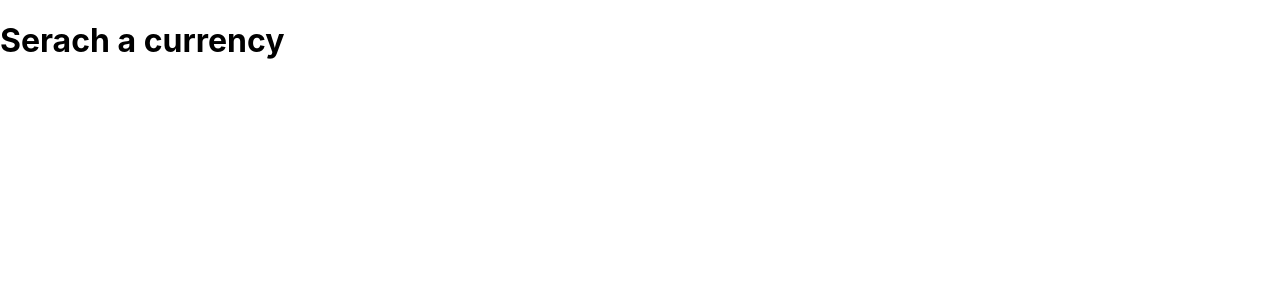
Repository: Malooyyy/crypto-tracker
Page: /
An editor plug-in stored every save of this project. The page is shown before and after the next save, followed by the edit.
The browser window is 1280 px wide. The pictures show the whole page.
The page's requests for data from a server got no answer. The project was rebuilt for these pictures with package versions that can differ from the ones it lists, and the page was loaded fresh each time. No one was signed in, and anything a server would have sent is missing.

Above is the page before, as saved 2022-06-28 22:54:54.

### src/App.js
import React, {useEffect, useState} from 'react';
import axios from 'axios';


function App() {
  const[coins, setCoins] = useState([])

  useEffect(() => {
    axios.get('https://api.coingecko.com/api/v3/coins/markets?vs_currency=usd&order=market_cap_desc&per_page=100&page=1&sparkline=false')
    .then(res => {
      setCoins(res.data);
    }).catch(error => alert('Error Bro! (URL:)'))
  }, []);

  return (
    <div className="coin-app">
      <div className="coin-serach">
        <h1 className="coin-text">Serach a currency</h1>
      </div>
    </div>
  );
}

export default App;

Loaded but not shown: public/index.html (common file); src/index.js (common file); src/index.css (common file)

After the next save:
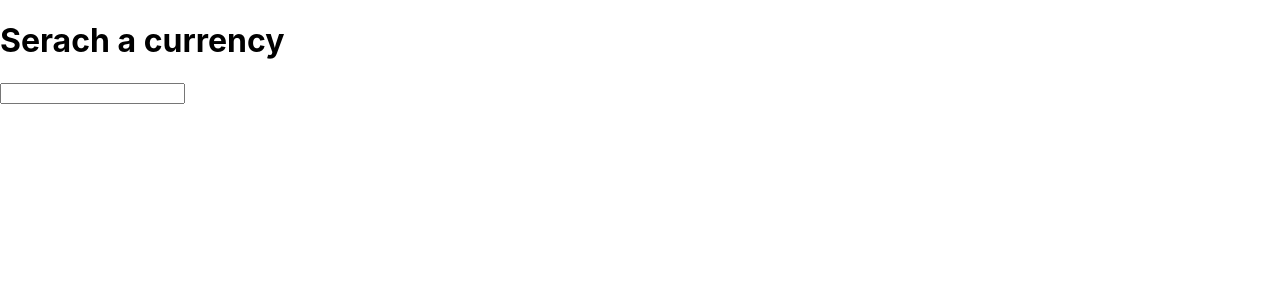
Saved 36 s later.
--- a/src/App.js
+++ b/src/App.js
@@ -16,6 +16,9 @@ function App() {
     <div className="coin-app">
       <div className="coin-serach">
         <h1 className="coin-text">Serach a currency</h1>
+        <form>
+          <input className='coin-input' type="text" />
+        </form>
       </div>
     </div>
   );
